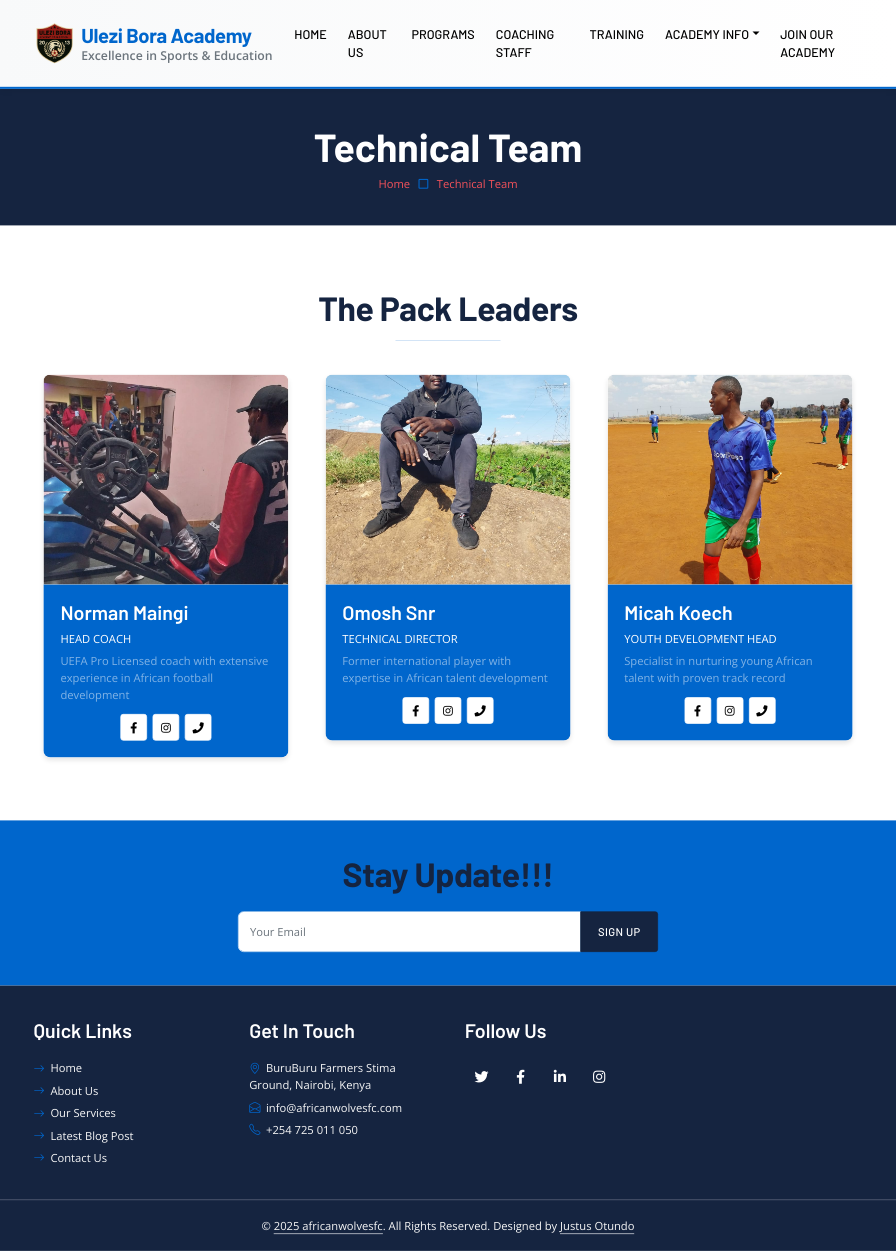
Repository: Justus-Otundo/uleziborafc
Page: coachingstaff.html
An editor plug-in stored every save of this project. The page is shown before and after the next save, followed by the edit.
The browser window is 1280 px wide. The pictures show the whole page, at 70% of full size.
Some web libraries are served in a nearby version.

Above is the page before, as saved 2025-07-15 12:36:29.

After the next save:
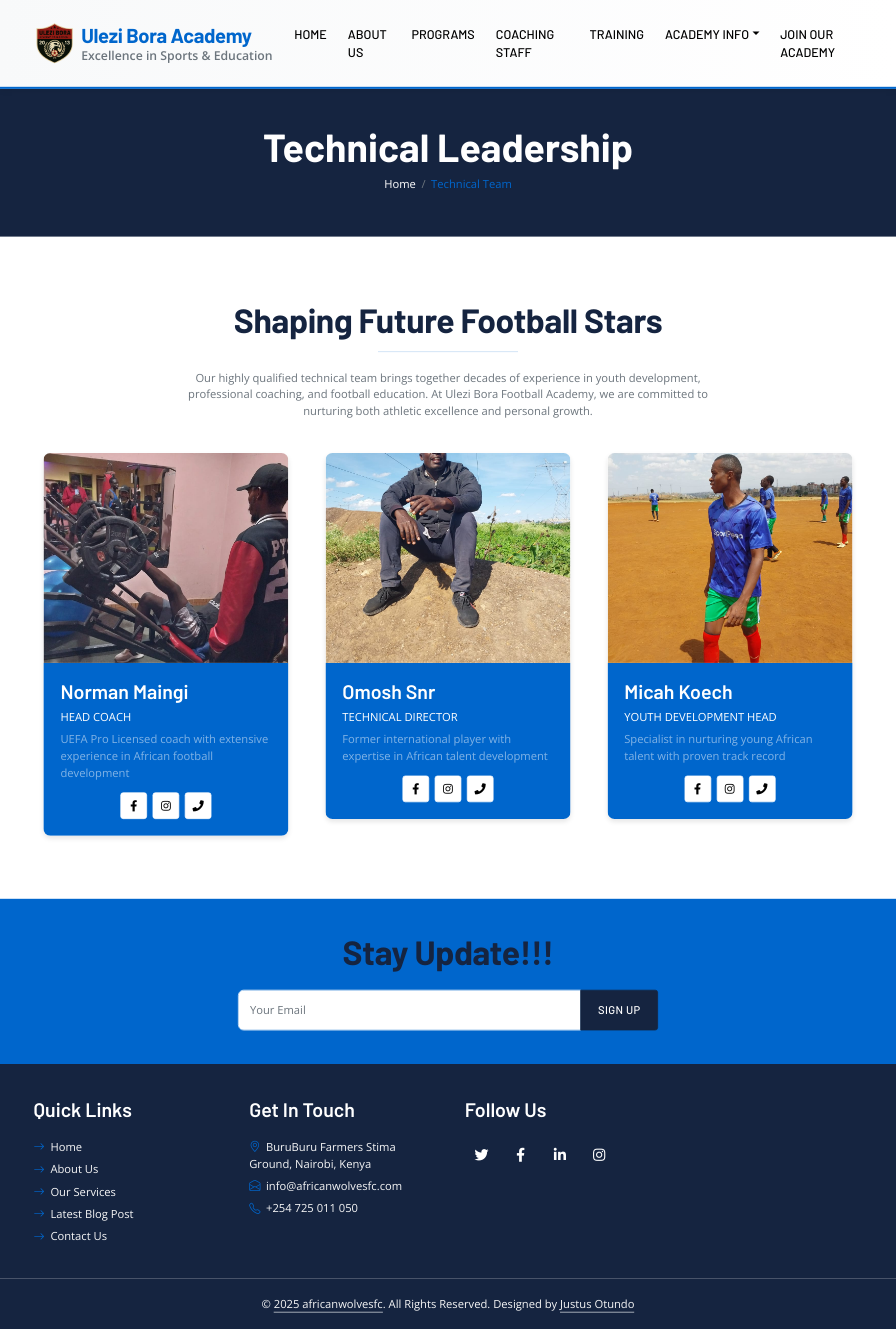
Saved 19 s later.
--- a/coachingstaff.html
+++ b/coachingstaff.html
@@ -37,10 +37,13 @@
     <div class="container-fluid bg-dark p-5">
         <div class="row">
             <div class="col-12 text-center">
-                <h1 class="display-4 text-white">Technical Team</h1>
-                <a href="index.html">Home</a>
-                <i class="far fa-square text-primary px-2"></i>
-                <a href="coachingstaff.html">Technical Team</a>
+                <h1 class="display-4 text-white">Technical Leadership</h1>
+                <nav aria-label="breadcrumb">
+                    <ol class="breadcrumb justify-content-center">
+                        <li class="breadcrumb-item"><a class="text-white" href="index.html">Home</a></li>
+                        <li class="breadcrumb-item text-primary active" aria-current="page">Technical Team</li>
+                    </ol>
+                </nav>
             </div>
         </div>
     </div>
@@ -48,9 +51,10 @@
 
     <!-- Technical Team Start -->
     <div class="container-fluid py-6 px-5">
-        <div class="text-center mx-auto mb-5" style="max-width: 600px;">
-            <h1 class="display-5 mb-0">The Pack Leaders</h1>
+        <div class="text-center mx-auto mb-5" style="max-width: 800px;">
+            <h1 class="display-5 mb-0">Shaping Future Football Stars</h1>
             <hr class="w-25 mx-auto bg-primary">
+            <p class="text-muted mt-4">Our highly qualified technical team brings together decades of experience in youth development, professional coaching, and football education. At Ulezi Bora Football Academy, we are committed to nurturing both athletic excellence and personal growth.</p>
         </div>
         <div class="row g-4 justify-content-center">
             <div class="col-lg-4 col-md-6">
